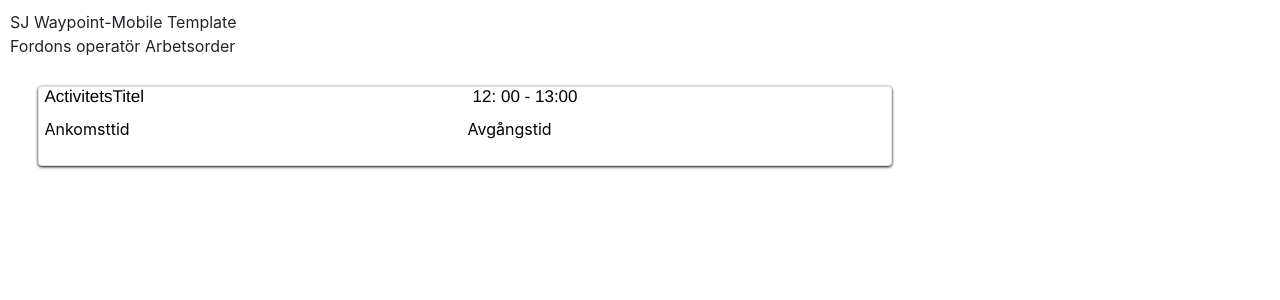
Repository: AdrianaLarsson/yarn-next-typescript
Page: /
The author's editor kept a copy of each file at every save. The page is drawn from the files as they stood at one save, then again after a run of saves.
The browser window is 1280 px wide. The pictures show the whole page.
The project was rebuilt for these pictures with package versions that can differ from the ones it lists, and the page was loaded fresh each time. The framework's server and built-in components were replaced by stand-ins that run in the browser.

Above is the page before, as saved 2021-03-01 08:01:33.

After the next 3 saves:
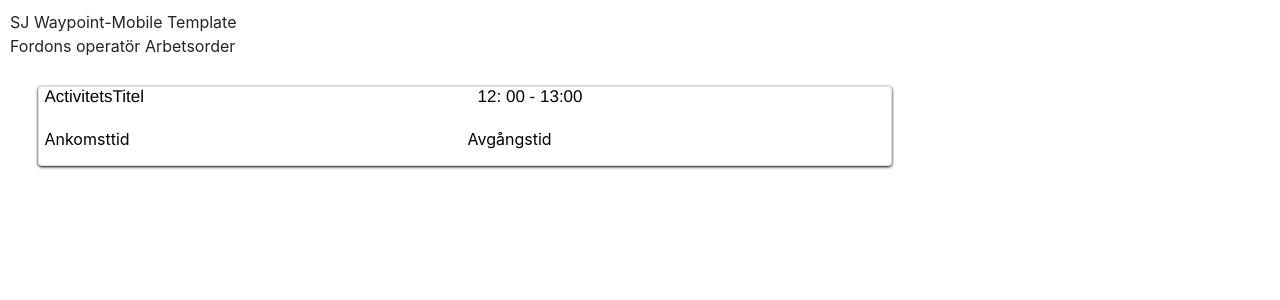
The 3 saves are shown as one change because they came seconds apart.
The last was saved 10 s later.
--- a/components/WorkOrderVehicleOperator/vehicleopreator.tsx
+++ b/components/WorkOrderVehicleOperator/vehicleopreator.tsx
@@ -7,7 +7,7 @@ export const GridTitle = styled.div`
   display: grid;
   grid-template-columns: repeat(2, 1fr);
   grid-template-rows: 5px 5px;
-  grid-gap: 10px;
+  grid-gap: 20px;
 `;
 export const GridBody = styled.div`
   display: grid;
